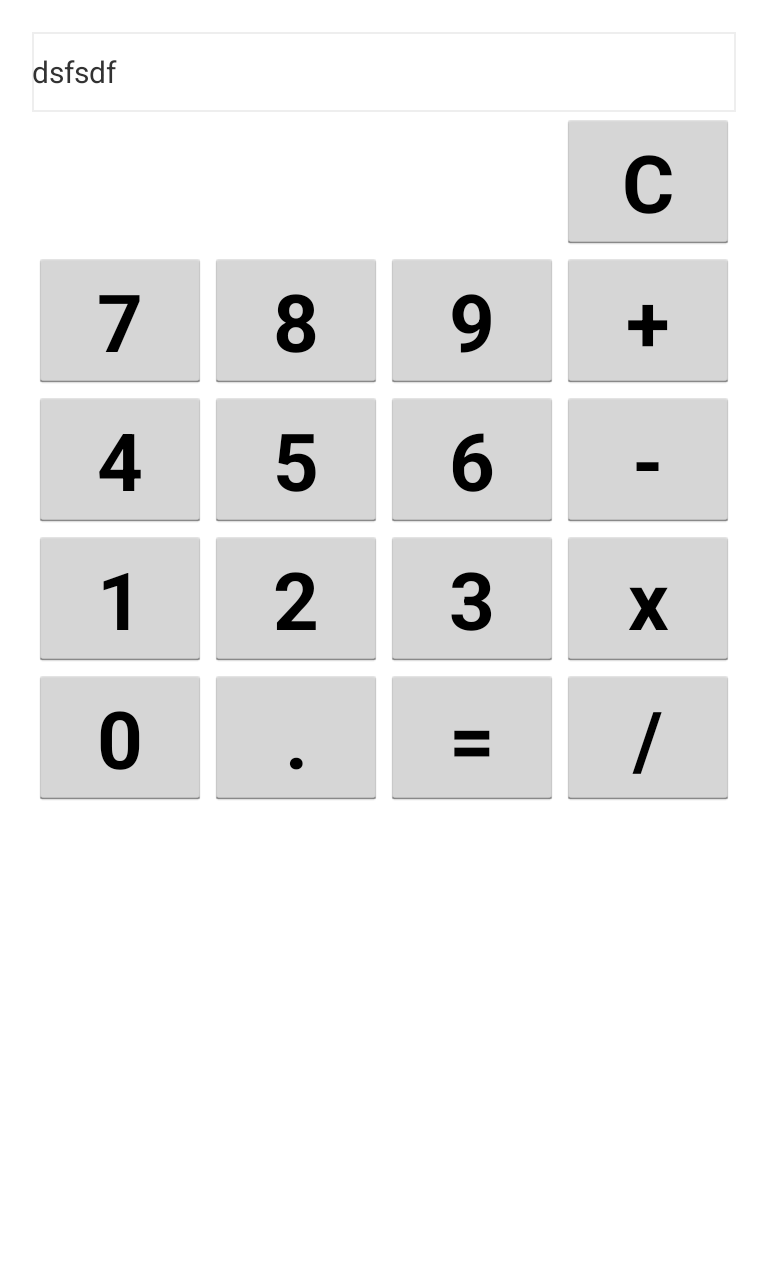
Repository: G3rcar/Android-I
Layout: SimpleCalculator/res/layout/activity_main.xml
These files come from the project's save history. The layout is drawn as it stood at one moment and after the next save; the edit follows.
It is drawn on a 768 x 1280 px phone screen (xhdpi) without system bars, with theme AppTheme; the app's code is not run.

Above is the layout before, as saved 2013-11-08 21:39:12.

### SimpleCalculator/res/layout/activity_main.xml
<ScrollView xmlns:android="http://schemas.android.com/apk/res/android"
    xmlns:tools="http://schemas.android.com/tools"
    android:id="@+id/ScrollView1"
    android:layout_width="match_parent"
    android:layout_height="wrap_content"
    android:paddingBottom="@dimen/activity_vertical_margin"
    android:paddingLeft="@dimen/activity_horizontal_margin"
    android:paddingRight="@dimen/activity_horizontal_margin"
    android:paddingTop="@dimen/activity_vertical_margin" >



    <LinearLayout
        android:layout_width="match_parent"
        android:layout_height="wrap_content"
        android:orientation="vertical" >

          <TextView
              android:id="@+id/txvOperaciones"
              android:layout_width="match_parent"
              android:layout_height="40dp"
              style="@style/operacionesTexto"
              android:text="dsfsdf" />

          <LinearLayout
              android:layout_width="match_parent"
              android:layout_height="wrap_content" >

              <TextView
                  android:id="@+id/txvResultado"
                  style="@style/resultadoNumero"
                  android:layout_width="0dp"
                  android:layout_height="match_parent"
                  android:layout_weight="3" />

              <Button
                  android:id="@+id/button1"
                  style="@style/botonNumero"
                  android:layout_width="0dp"
                  android:layout_height="wrap_content"
                  android:layout_weight="1"
                  android:text="C" />

          </LinearLayout>

          <LinearLayout
              android:layout_width="match_parent"
              android:layout_height="match_parent" >

              <Button
                  android:id="@+id/btnSiete"
                  style="@style/botonNumero"
                  android:layout_width="0dp"
                  android:layout_height="wrap_content"
                  android:layout_weight="1"
                  android:text="@string/lblNumSiete" />

              <Button
                  android:id="@+id/btnOcho"
                  style="@style/botonNumero"
                  android:layout_width="0dp"
                  android:layout_height="wrap_content"
                  android:layout_weight="1"
                  android:text="@string/lblNumOcho" />

              <Button
                  android:id="@+id/btnNueve"
                  style="@style/botonNumero"
                  android:layout_width="0dp"
                  android:layout_height="wrap_content"
                  android:layout_weight="1"
                  android:text="@string/lblNumNueve" />

              <Button
                  android:id="@+id/btnMas"
                  style="@style/botonNumero"
                  android:layout_width="0dp"
                  android:layout_height="wrap_content"
                  android:layout_weight="1"
                  android:text="@string/lblMas" />

          </LinearLayout>

          <LinearLayout
              android:layout_width="match_parent"
              android:layout_height="match_parent" >

              <Button
                  android:id="@+id/btnCuatro"
                  style="@style/botonNumero"
                  android:layout_width="0dp"
                  android:layout_height="wrap_content"
                  android:layout_weight="1"
                  android:text="@string/lblNumCuatro" />

              <Button
                  android:id="@+id/btnCinco"
                  style="@style/botonNumero"
                  android:layout_width="0dp"
                  android:layout_height="wrap_content"
                  android:layout_weight="1"
                  android:text="@string/lblNumCinco" />

              <Button
                  android:id="@+id/btnSeis"
                  style="@style/botonNumero"
                  android:layout_width="0dp"
                  android:layout_height="wrap_content"
                  android:layout_weight="1"
                  android:text="@string/lblNumSeis" />

              <Button
                  android:id="@+id/btnMenos"
                  style="@style/botonNumero"
                  android:layout_width="0dp"
                  android:layout_height="wrap_content"
                  android:layout_weight="1"
                  android:text="@string/lblMenos" />

          </LinearLayout>

          <LinearLayout
              android:layout_width="match_parent"
              android:layout_height="match_parent" >

              <Button
                  android:id="@+id/btnUno"
                  style="@style/botonNumero"
                  android:layout_width="0dp"
                  android:layout_height="wrap_content"
                  android:layout_weight="1"
                  android:text="@string/lblNumUno" />

              <Button
                  android:id="@+id/btnDos"
                  style="@style/botonNumero"
                  android:layout_width="0dp"
                  android:layout_height="wrap_content"
                  android:layout_weight="1"
                  android:text="@string/lblNumDos" />

              <Button
                  android:id="@+id/btnTres"
                  style="@style/botonNumero"
                  android:layout_width="0dp"
                  android:layout_height="wrap_content"
                  android:layout_weight="1"
                  android:text="@string/lblNumTres" />

              <Button
                  android:id="@+id/btnMultiplicacion"
                  style="@style/botonNumero"
                  android:layout_width="0dp"
                  android:layout_height="wrap_content"
                  android:layout_weight="1"
                  android:text="@string/lblMultiplicacion" />

          </LinearLayout>

          <LinearLayout
              android:layout_width="match_parent"
              android:layout_height="match_parent" >

              <Button
                  android:id="@+id/btnCero"
                  style="@style/botonNumero"
                  android:layout_width="0dp"
                  android:layout_height="wrap_content"
                  android:layout_weight="1"
                  android:text="@string/lblNumCero" />

              <Button
                  android:id="@+id/btnPunto"
                  style="@style/botonNumero"
                  android:layout_width="0dp"
                  android:layout_height="wrap_content"
                  android:layout_weight="1"
                  android:text="@string/lblPunto" />

              <Button
                  android:id="@+id/btnIgual"
                  style="@style/botonNumero"
                  android:layout_width="0dp"
                  android:layout_height="wrap_content"
                  android:layout_weight="1"
                  android:text="@string/lblIgual" />

              <Button
                  android:id="@+id/btnDivision"
                  style="@style/botonNumero"
                  android:layout_width="0dp"
                  android:layout_height="wrap_content"
                  android:layout_weight="1"
                  android:text="@string/lblDivision" />

          </LinearLayout>

    </LinearLayout>

</ScrollView>

### SimpleCalculator/res/values/styles.xml
<resources xmlns:android="http://schemas.android.com/apk/res/android">

    <!--
        Base application theme, dependent on API level. This theme is replaced
        by AppBaseTheme from res/values-vXX/styles.xml on newer devices.
    -->
    <style name="AppBaseTheme" parent="android:Theme.Light">
        <!--
            Theme customizations available in newer API levels can go in
            res/values-vXX/styles.xml, while customizations related to
            backward-compatibility can go here.
        -->
    </style>

    <!-- Application theme. -->
    <style name="AppTheme" parent="AppBaseTheme">
        <!-- All customizations that are NOT specific to a particular API-level can go here. -->
    </style>
    <style name="botonNumero">
        <item name="android:textSize">40sp</item>
        <item name="android:textStyle">bold</item>
    </style>

    <style name="resultadoNumero">
        <item name="android:textSize">35sp</item>
        <item name="android:gravity">right|center</item>
        <item name="android:paddingRight">5dp</item>
    </style>
    <style name="operacionesTexto">
        <item name="android:textSize">15sp</item>
        <item name="android:gravity">left|center</item>
        <item name="android:paddingRight">5dp</item>
        <item name="android:background">@drawable/border</item>

    </style>



</resources>

### SimpleCalculator/res/values/strings.xml
<?xml version="1.0" encoding="utf-8"?>
<resources>

    <string name="app_name">Simple Calculator</string>
    <string name="action_settings">Settings</string>
    <string name="hello_world">Hello world!</string>
    <string name="lblNumSiete">7</string>
    <string name="lblNumOcho">8</string>
    <string name="lblNumNueve">9</string>
    <string name="lblMas">+</string>
    <string name="lblNumCuatro">4</string>
    <string name="lblNumCinco">5</string>
    <string name="lblNumSeis">6</string>
    <string name="lblMenos">-</string>
    <string name="lblNumUno">1</string>
    <string name="lblNumDos">2</string>
    <string name="lblNumTres">3</string>
    <string name="lblMultiplicacion">x</string>
    <string name="lblNumCero">0</string>
    <string name="lblPunto">.</string>
    <string name="lblIgual">=</string>
    <string name="lblDivision">/</string>

</resources>

### SimpleCalculator/res/drawable/border.xml
<?xml version="1.0" encoding="utf-8"?>
<shape xmlns:android="http://schemas.android.com/apk/res/android" >
	<solid android:color="#ffffff" />
	<stroke android:width="1dip" android:color="#EEEEEE"/>

</shape>

Loaded but not shown: SimpleCalculator/res/values-v11/styles.xml (common file); SimpleCalculator/res/values-v14/styles.xml (common file); SimpleCalculator/res/values/dimens.xml (common file)

After the next save:
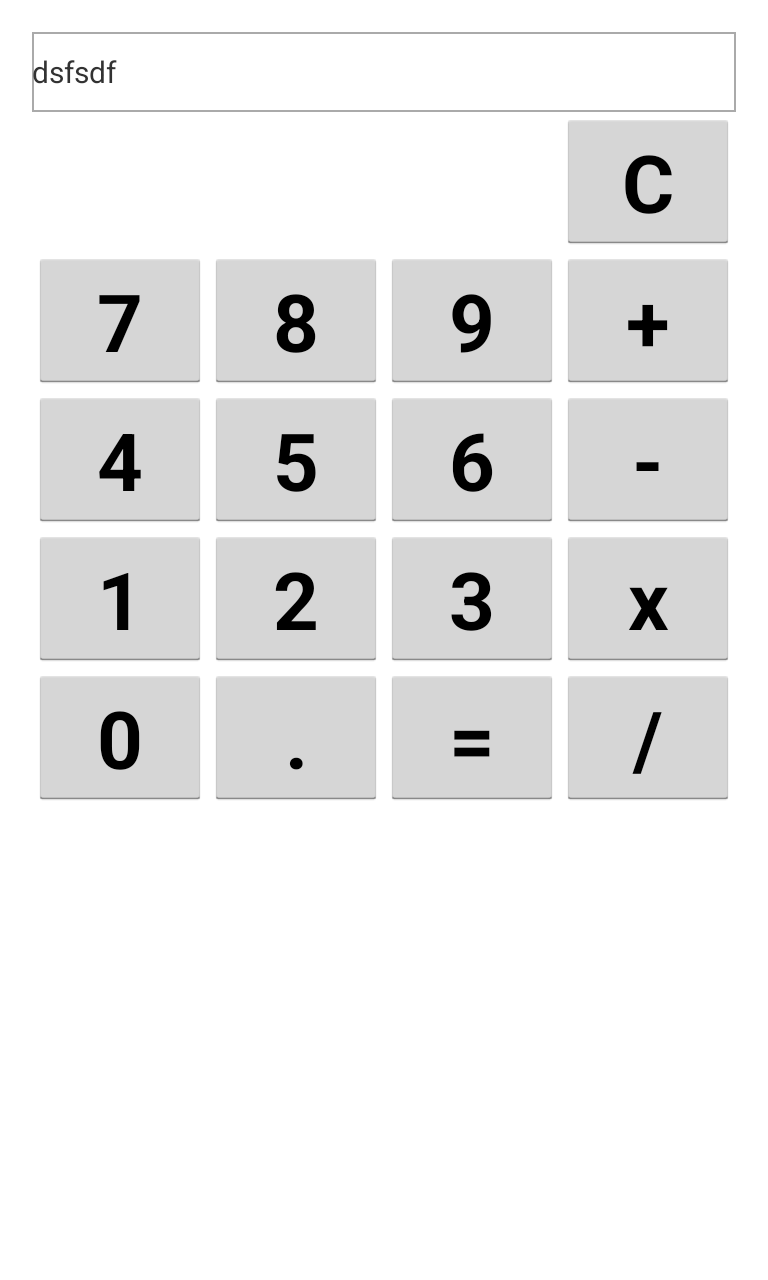
Saved 13 s later.
--- a/SimpleCalculator/res/drawable/border.xml
+++ b/SimpleCalculator/res/drawable/border.xml
@@ -1,6 +1,6 @@
 <?xml version="1.0" encoding="utf-8"?>
 <shape xmlns:android="http://schemas.android.com/apk/res/android" >
 	<solid android:color="#ffffff" />
-	<stroke android:width="1dip" android:color="#EEEEEE"/>
+	<stroke android:width="1dip" android:color="#AAAAAA"/>
 
 </shape>
